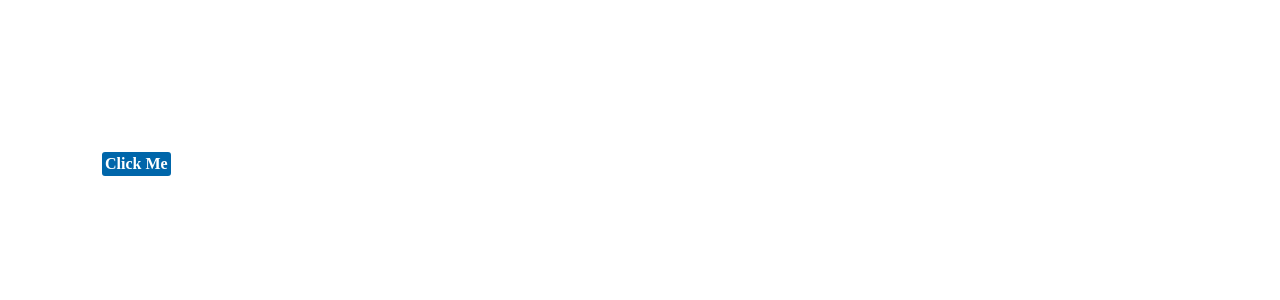
Repository: williamleechn/AngularJs_JavaScript_JQueryAllInOne
Page: LearningJavaScript/Lesson01/first.html
An editor plug-in stored every save of this project. The page is shown before and after the next save, followed by the edit.
The browser window is 1280 px wide. The pictures show the whole page.
Some web libraries are served in a nearby version.

Above is the page before, as saved 2017-11-14 07:30:00.

After the next save:
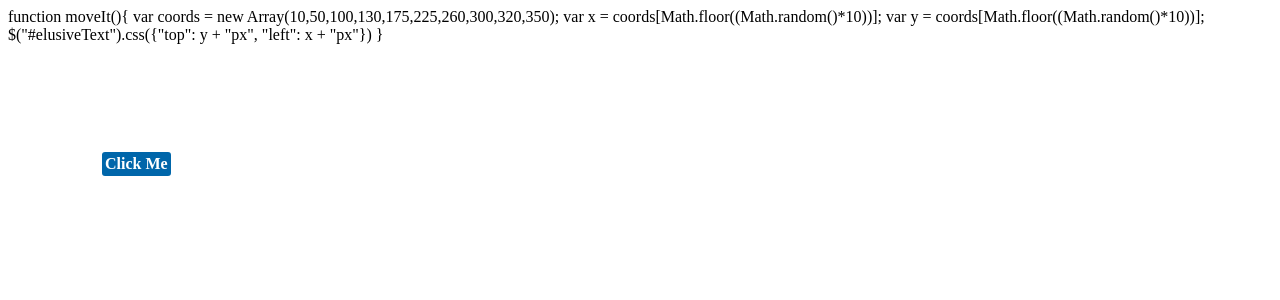
Saved 4 min 18 s later.
--- a/LearningJavaScript/Lesson01/first.html
+++ b/LearningJavaScript/Lesson01/first.html
@@ -2,6 +2,13 @@
 <html>
 <head>
 <meta http-equiv="content-type" content="text/html; charset=utf-8" />
+<script src="https://code.jquery.com/jquery-2.1.3.min.js"></script>
+function moveIt(){
+var coords = new Array(10,50,100,130,175,225,260,300,320,350);
+var x = coords[Math.floor((Math.random()*10))];
+var y = coords[Math.floor((Math.random()*10))];
+$("#elusiveText").css({"top": y + "px", "left": x + "px"})
+}
 </head>
 <style>
 span {
@@ -18,7 +25,7 @@
 }
 </style>
 <body>
-	<span>Click Me</span>
+	<span id="elusiveText" onmouseover="moveIt()">Click Me</span>
 
 </body>
 </html>

After the save that followed:
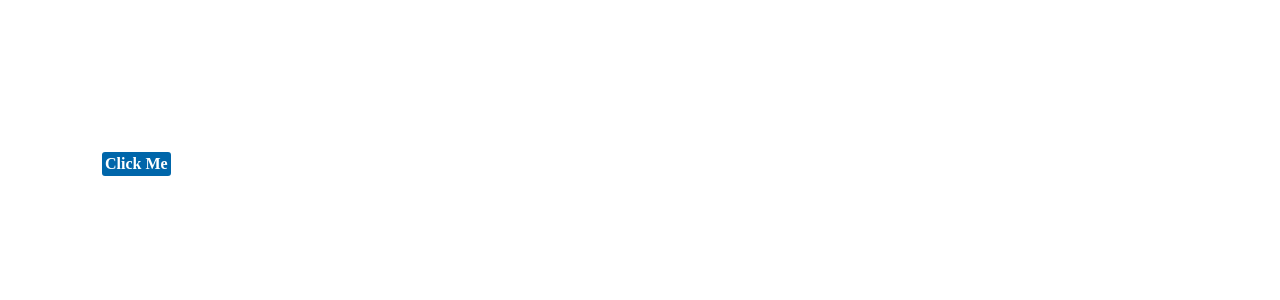
Saved 119 s later.
--- a/LearningJavaScript/Lesson01/first.html
+++ b/LearningJavaScript/Lesson01/first.html
@@ -2,13 +2,18 @@
 <html>
 <head>
 <meta http-equiv="content-type" content="text/html; charset=utf-8" />
-<script src="https://code.jquery.com/jquery-2.1.3.min.js"></script>
-function moveIt(){
-var coords = new Array(10,50,100,130,175,225,260,300,320,350);
-var x = coords[Math.floor((Math.random()*10))];
-var y = coords[Math.floor((Math.random()*10))];
-$("#elusiveText").css({"top": y + "px", "left": x + "px"})
-}
+<script src="https://code.jquery.com/jquery-2.1.3.min.js">
+	function moveIt() {
+		var coords = new Array(10, 50, 100, 130, 175, 225, 260, 300, 320, 350);
+		var x = coords[Math.floor((Math.random() * 10))];
+		var y = coords[Math.floor((Math.random() * 10))];
+		$("#elusiveText").css({
+			"top" : y + "px",
+			"left" : x + "px"
+		})
+	}
+</script>
+
 </head>
 <style>
 span {
